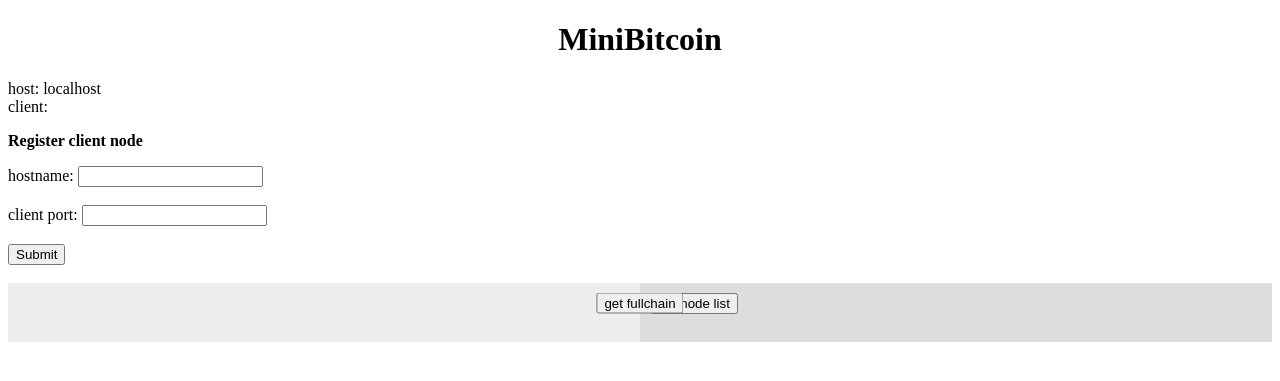
Repository: lam4562311/Minibitcoin
Page: http://localhost/
The author's editor kept a copy of each file at every save. The page is drawn from the files as they stood at one save, then again after the next save.
The browser window is 1280 px wide. The pictures show the whole page.
Some web libraries are served in a nearby version. The page is served by the project's application, run on Flask 3 (bitcoin-5003.py).

Above is the page before, as saved 2022-04-09 17:04:07.

After the next save:
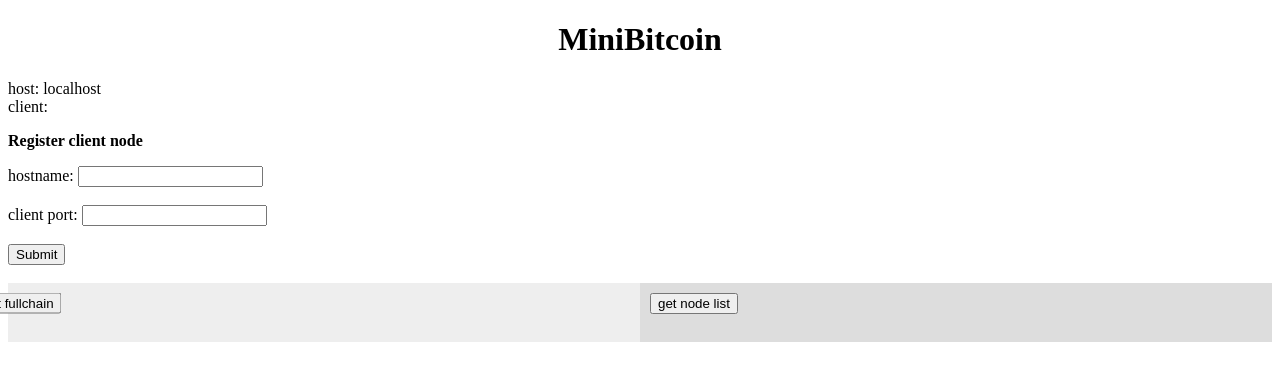
Saved 23 s later.
--- a/templates/homepage.html
+++ b/templates/homepage.html
@@ -5,7 +5,7 @@
         .center {
           margin:10px 0px 10px 0px;
           position: absolute;
-          left: 50%;
+          flex:50%%
           -ms-transform: translate(-50%, -50%);
           transform: translate(-50%, -50%);
         }

After the 3 saves that followed:
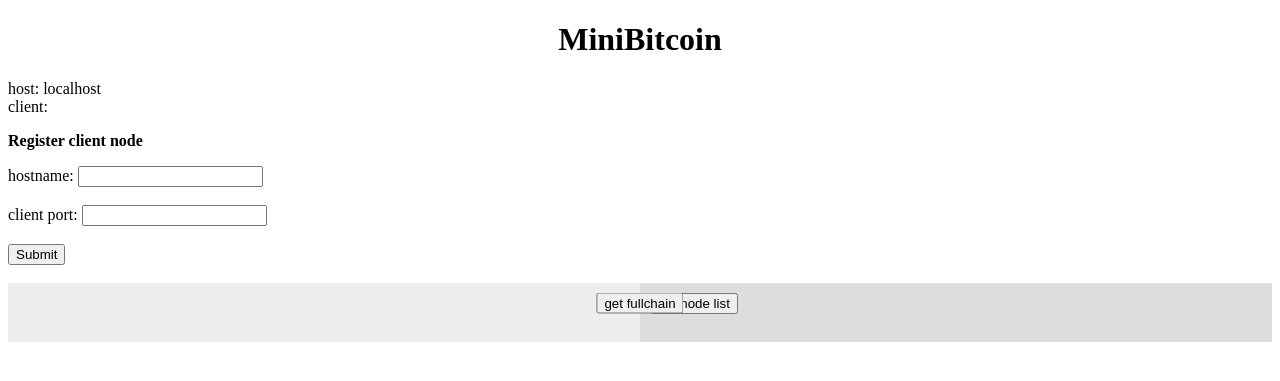
The 3 saves are shown as one change because 2 left the picture as it was.
The last was saved 6 min 33 s later.
--- a/templates/homepage.html
+++ b/templates/homepage.html
@@ -5,7 +5,7 @@
         .center {
           margin:10px 0px 10px 0px;
           position: absolute;
-          flex:50%%
+          left: 50%;
           -ms-transform: translate(-50%, -50%);
           transform: translate(-50%, -50%);
         }
